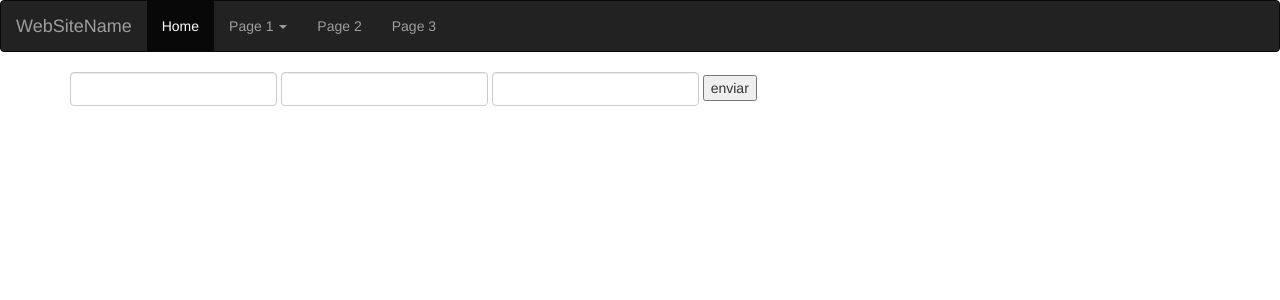
Repository: UAQJavaEveris/ProyectoFinalJuanCarlos
Page: http://localhost/WebCliente/
An editor plug-in stored every save of this project. The page is shown before and after the next save, followed by the edit.
The browser window is 1280 px wide. The pictures show the whole page.
Some web libraries are served in a nearby version. The page is served by Tomcat 9.

Above is the page before, as saved 2016-12-10 02:56:34.

After the next save:
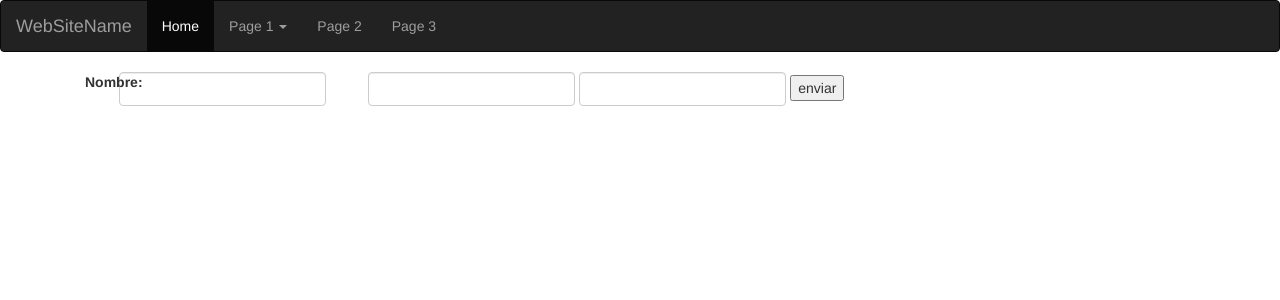
Saved 55 s later.
--- a/WebCliente/WebContent/index.jsp
+++ b/WebCliente/WebContent/index.jsp
@@ -36,7 +36,7 @@
 <div class="container">
 <form  class="form-inline" action="Controller" method="Post">
 <div class="form-group">
-    <label class="sr-only" for="nombre">Nombre:</label>
+     <label class="control-label col-sm-2" for="nombre">Nombre:</label>
     <input  class="form-control" type="txt" name="nombre"><br>
   </div>
   <div class="form-group">
